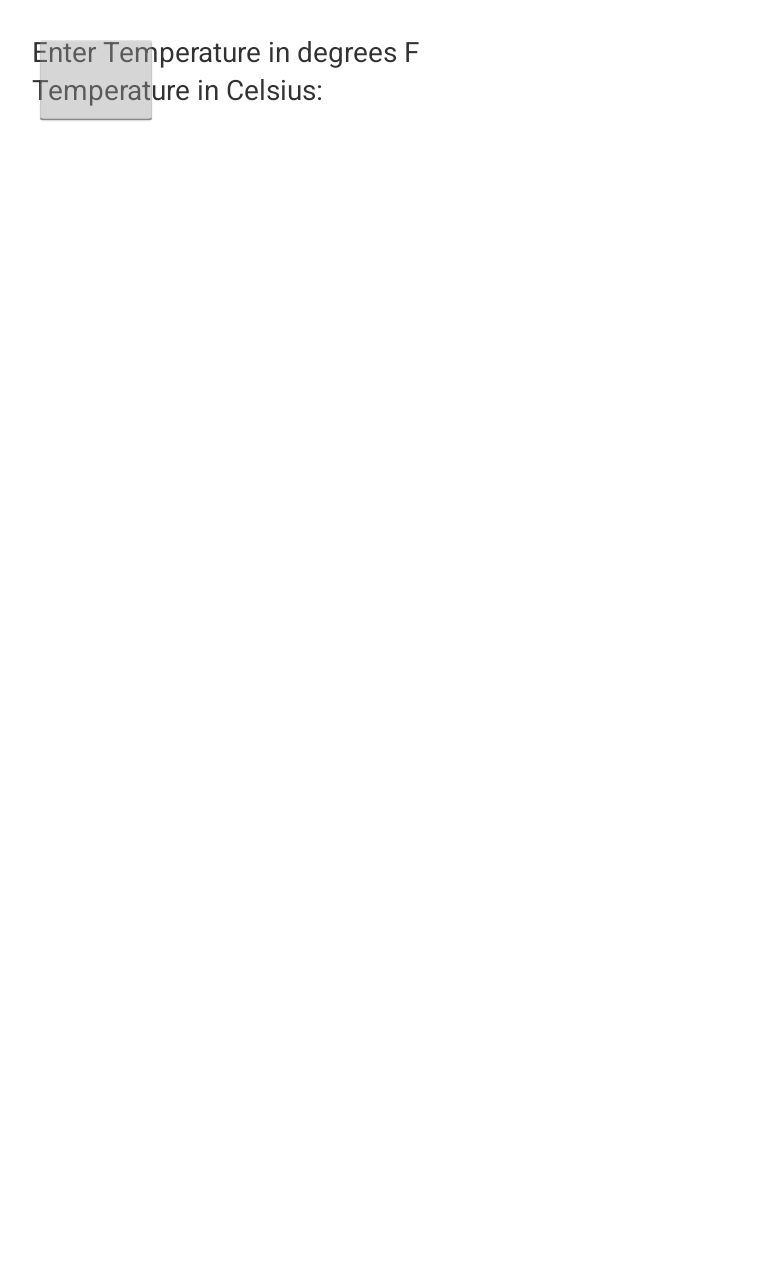
Repository: PatKelsh/IS-413
Layout: TempConverter/res/layout/activity_main.xml
An editor plug-in stored every save of this project. The layout is shown before and after a run of saves, followed by the edit.
It is drawn on a 768 x 1280 px phone screen (xhdpi) without system bars, with theme AppTheme; the app's code is not run.

Above is the layout before, as saved 2015-02-18 02:35:25.

After the next 3 saves:
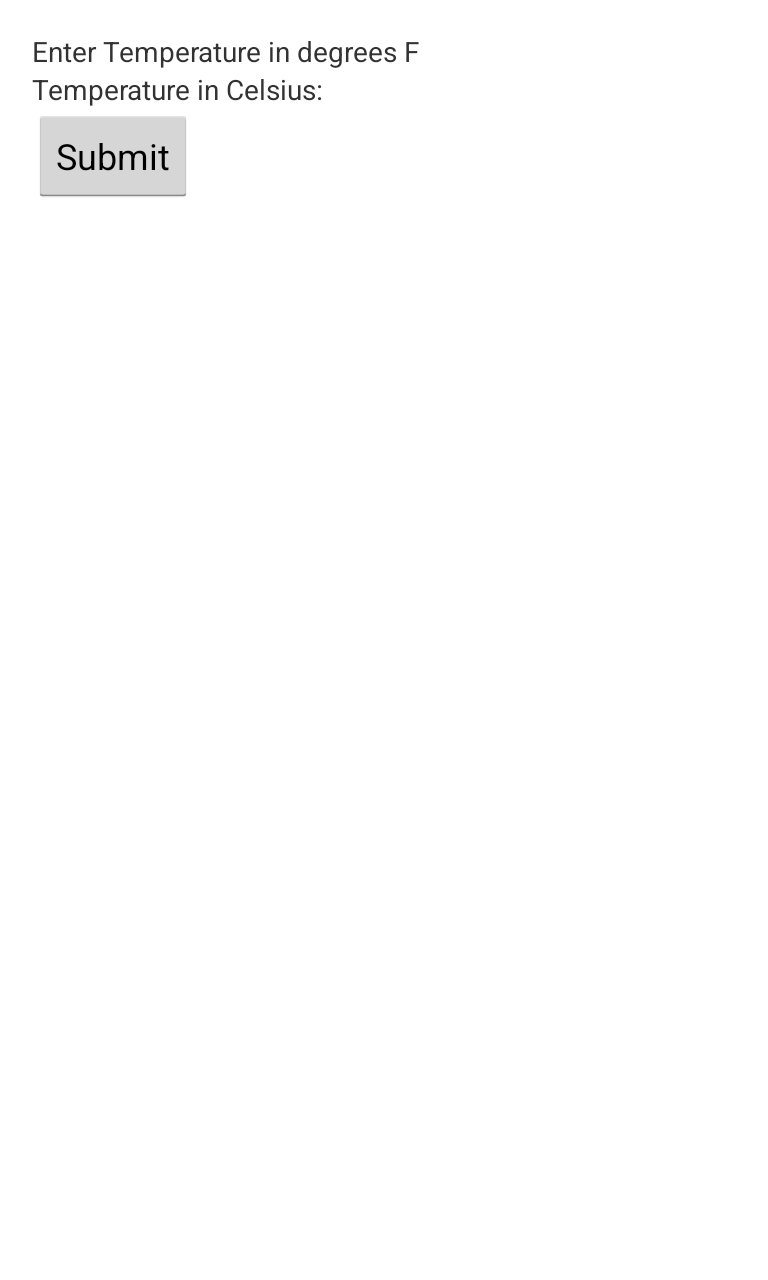
The 3 saves are shown as one change because 2 did not build or start.
The last was saved 112 s later.
--- a/TempConverter/res/layout/activity_main.xml
+++ b/TempConverter/res/layout/activity_main.xml
@@ -23,5 +23,7 @@
 
     <Button
         android:layout_width="wrap_content"
-        android:layout_height="wrap_content">Submit</Button>
+        android:layout_height="wrap_content"
+        android:layout_below="@id/response"
+        android:text="@string/submit" />
 </RelativeLayout>
--- a/TempConverter/res/values/strings.xml
+++ b/TempConverter/res/values/strings.xml
@@ -7,5 +7,6 @@
 
     <string name="request">Enter Temperature in degrees F</string>
     <string name="response">Temperature in Celsius: </string>
+    <string name="submit">Submit</string>
 
 </resources>
